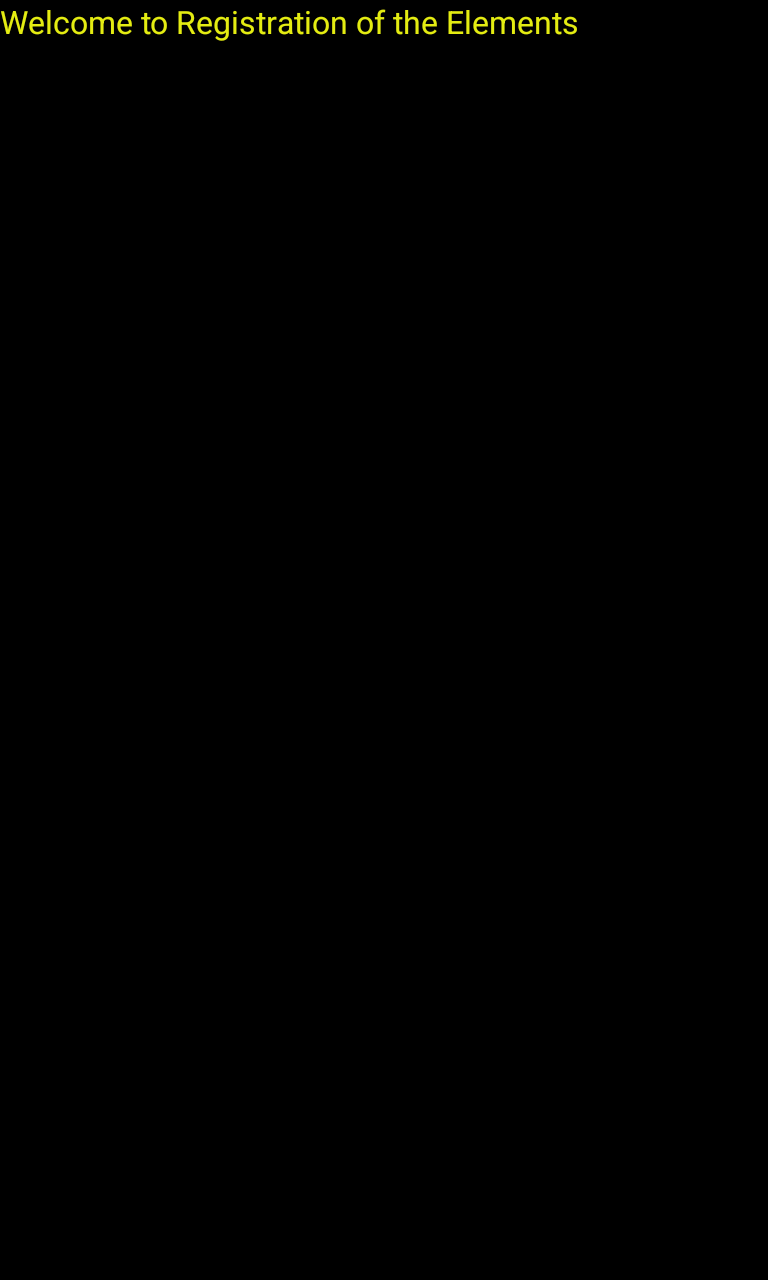
Repository: Keerthanava/The-Elements
Layout: TheElements-dev/res/layout/register_user.xml
These files come from the project's save history. The layout is drawn as it stood at one moment and after a run of saves; the edit follows.
It is drawn on a 768 x 1280 px phone screen (xhdpi) without system bars, with theme android:Theme.Holo; the app's code is not run.

Above is the layout before, as saved 2014-07-20 04:31:19.

After the next 2 saves:
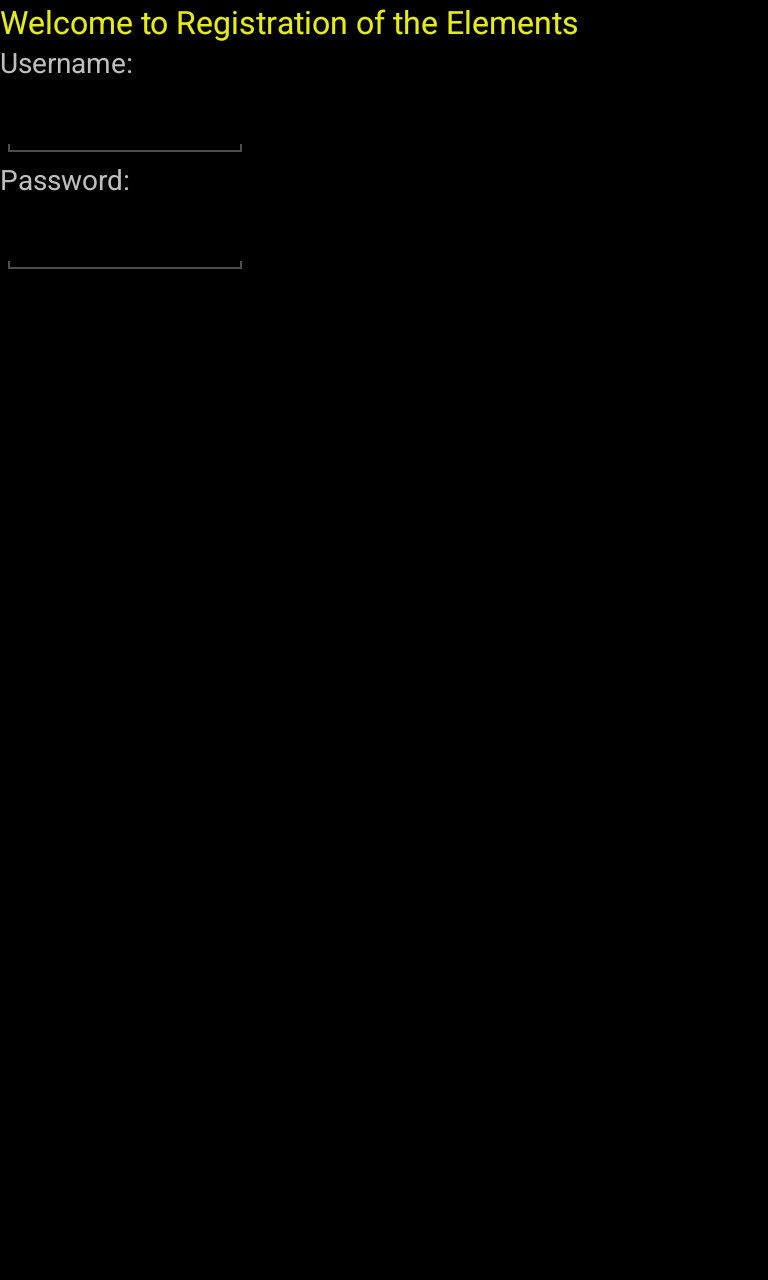
The 2 saves are shown as one change because 1 did not build or start.
The last was saved 4 min 14 s later.
--- a/TheElements-dev/res/layout/register_user.xml
+++ b/TheElements-dev/res/layout/register_user.xml
@@ -13,6 +13,37 @@
         android:textSize="16dp"
         android:textColor="#e4ec12"/> />
 
+    <TextView android:id="@+id/txtUsername"
+        android:text = "Username:"
+        android:layout_centerHorizontal="true"
+        android:layout_width="wrap_content"
+                android:layout_height="wrap_content"
+                android:layout_below="@+id/Register"
+        />
+
+    <EditText android:id="@+id/edt_username"
+             android:layout_height="wrap_content"
+             android:layout_width="250px"
+             android:layout_centerHorizontal="true"
+             android:layout_right = "@+id/edt_username"
+             android:singleLine="true" />
+
+
+    <TextView android:id="@+id/txt_password"
+        android:text = "Password:"
+        android:layout_centerHorizontal="true"
+        android:layout_width="wrap_content"
+                android:layout_height="wrap_content"
+                android:layout_below="@+id/txt_Username"
+        />
+
+    <EditText android:id="@+id/edt_password"
+                  android:password="true"
+             android:layout_height="wrap_content"
+             android:layout_width="250px"
+             android:layout_centerHorizontal="true"
+             android:layout_right="@+id/txt_password"
+             android:singleLine="true" />
 
 
 </LinearLayout>
